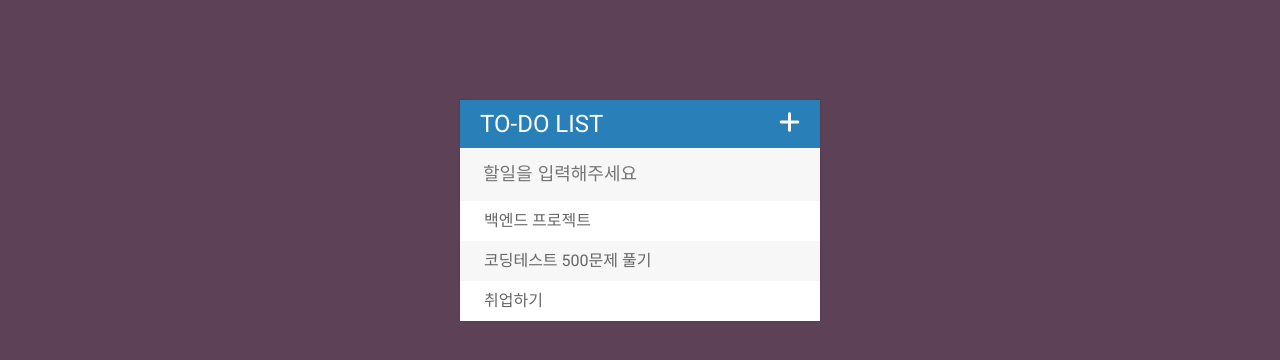
Repository: minsuk1/portfolio
Page: index2.html
An editor plug-in stored every save of this project. The page is shown before and after the next save, followed by the edit.
The browser window is 1280 px wide. The pictures show the whole page.
Some web libraries are served in a nearby version.

Above is the page before, as saved 2021-01-01 14:48:21.

After the next save:
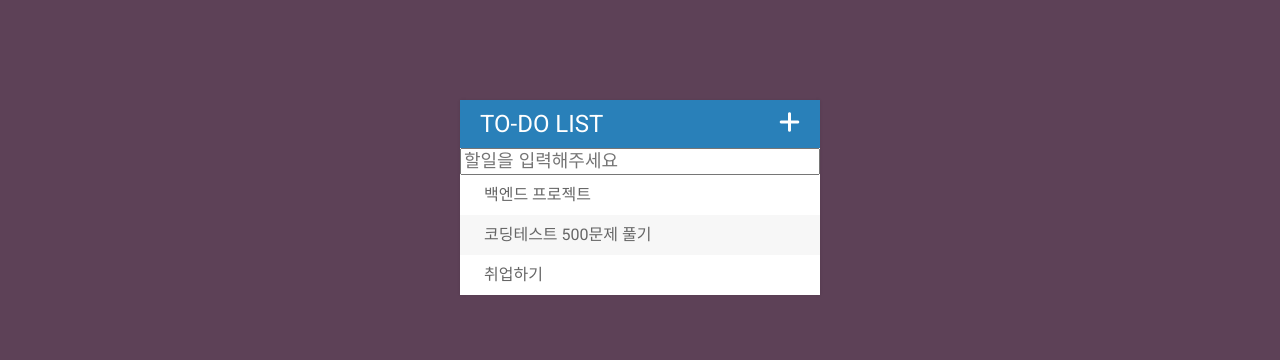
Saved 11 s later.
--- a/css/style2.css
+++ b/css/style2.css
@@ -43,12 +43,12 @@ background-color:#f7f7f7;
 
 input {
     font-size : 18px;
-    background-color: #f7f7f7;
+
     width :100%;
-    padding:13px 13px 13px 20px;
+
     box-sizing: border-box;
     color: #2980b9;
-    border : 3px solid rgba(0,0,0,0);
+
 }
 
 input:focus {
